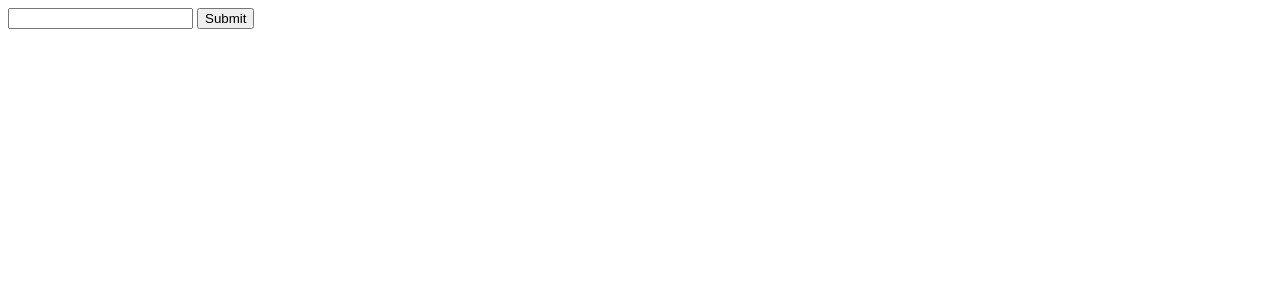
Repository: steelerx155/karaoke_songs
Page: karaoke_stars_app-frontend/index.html
The author's editor kept a copy of each file at every save. The page is drawn from the files as they stood at one save, then again after the next save.
The browser window is 1280 px wide. The pictures show the whole page.

Above is the page before, as saved 2020-05-27 19:56:52.

### karaoke_stars_app-frontend/index.html
<!DOCTYPE html>
<html lang="en">
<head>
    <meta charset="UTF-8">
    <meta name="viewport" content="width=device-width, initial-scale=1.0">
    <title>* Welcome to Karaoke Stars! *</title>
</head>

<body>
    <div class="container">
        <form id ="new-song-form">
            <input type="text" />
            <input type="submit" />
        </form>
    </div>

</body>
</html>

After the next save:
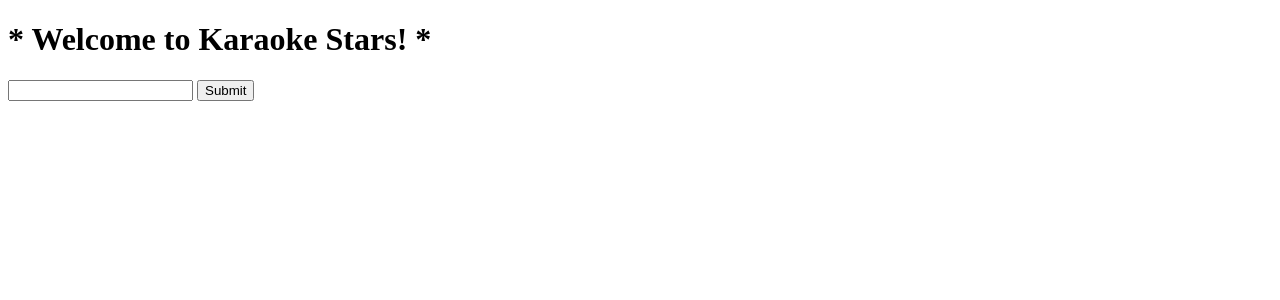
Saved 75 s later.
--- a/karaoke_stars_app-frontend/index.html
+++ b/karaoke_stars_app-frontend/index.html
@@ -3,15 +3,19 @@
 <head>
     <meta charset="UTF-8">
     <meta name="viewport" content="width=device-width, initial-scale=1.0">
-    <title>* Welcome to Karaoke Stars! *</title>
+    <h1>* Welcome to Karaoke Stars! *</h1>
 </head>
 
 <body>
     <div class="container">
+
         <form id ="new-song-form">
             <input type="text" />
             <input type="submit" />
         </form>
+        <div id ="songs-container">
+
+        </div>
     </div>
 
 </body>
